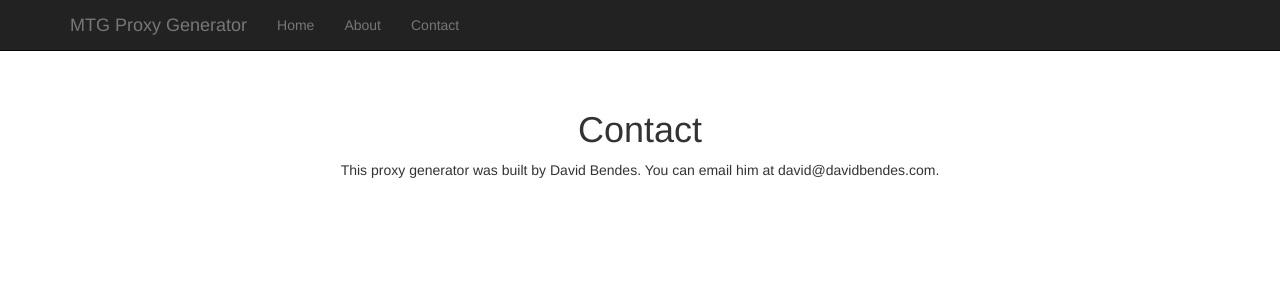
Repository: dbendes/mtgproxy
Page: contact.html
The author's editor kept a record of every edit. The page is drawn from the files as they stood at one moment, then again after the next edit.
The browser window is 1280 px wide. The pictures show the whole page.
Some web libraries are served in a nearby version.

Above is the page before.

After the next edit:
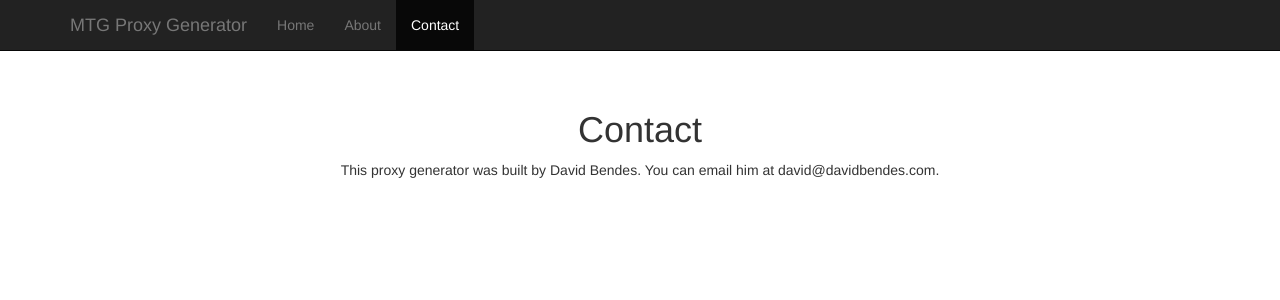
The edit:
--- a/contact.html
+++ b/contact.html
@@ -61,7 +61,7 @@
           <ul class="nav navbar-nav">
             <li><a href="index.php">Home</a></li>
             <li><a href="about.html">About</a></li>
-            <li><a href="contact.html">Contact</a></li>
+            <li class="active"><a href="contact.html">Contact</a></li>
           </ul>
         </div><!--/.nav-collapse -->
       </div>
